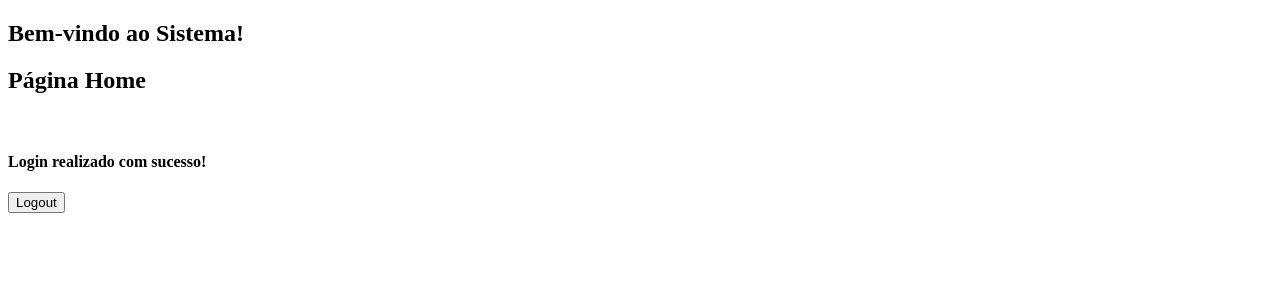
Repository: DevBocalom/WebJava-Claretiano
Page: http://localhost/app2025-A1/home.jsp
An editor plug-in stored every save of this project. The page is shown before and after the next save, followed by the edit.
The browser window is 1280 px wide. The pictures show the whole page.
The page is served by Tomcat 10. Other server files are loaded and not shown.

Above is the page before, as saved 2025-04-03 00:19:08.

### JavaWeb/app2025-A1/src/main/webapp/home.jsp
<%@ page language="java" contentType="text/html; charset=UTF-8"
	pageEncoding="UTF-8"%>
<!DOCTYPE html>
<html>
<head>
<meta charset="UTF-8">
<title>JSP Home</title>
</head>
<body>
	<h2>Bem-vindo ao Sistema!</h2>
	<h2>Página Home</h2>
	<br />
	<h4>Login realizado com sucesso!</h4>
	<!-- Botão de Logout -->
	<form action="LoginServlet" method="POST">
		<input type="hidden" name="action" value="logout">
		<button type="submit">Logout</button>
	</form>
</body>
</html>

After the next save:
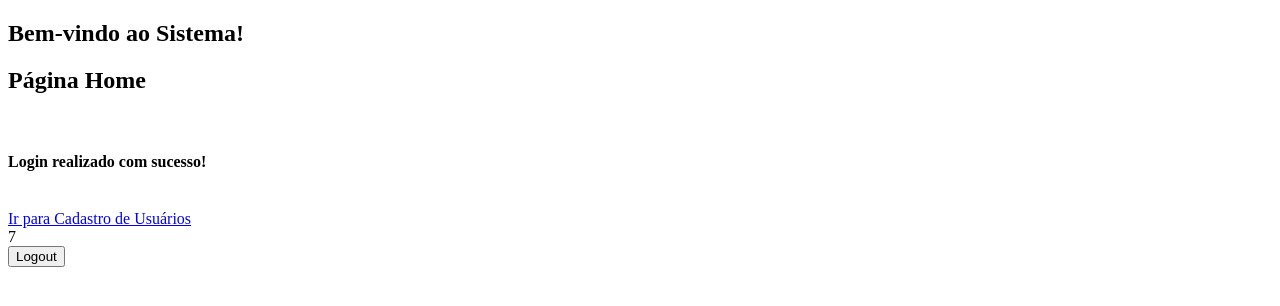
Saved 4 min 9 s later.
--- a/JavaWeb/app2025-A1/src/main/webapp/home.jsp
+++ b/JavaWeb/app2025-A1/src/main/webapp/home.jsp
@@ -11,6 +11,11 @@
 	<h2>Página Home</h2>
 	<br />
 	<h4>Login realizado com sucesso!</h4>
+	<br/>
+	<a href="HomeController?action=usuarioscadastro">Ir para Cadastro de Usuários</a>
+	<br/>7
+
+	<br/>
 	<!-- Botão de Logout -->
 	<form action="LoginServlet" method="POST">
 		<input type="hidden" name="action" value="logout">
